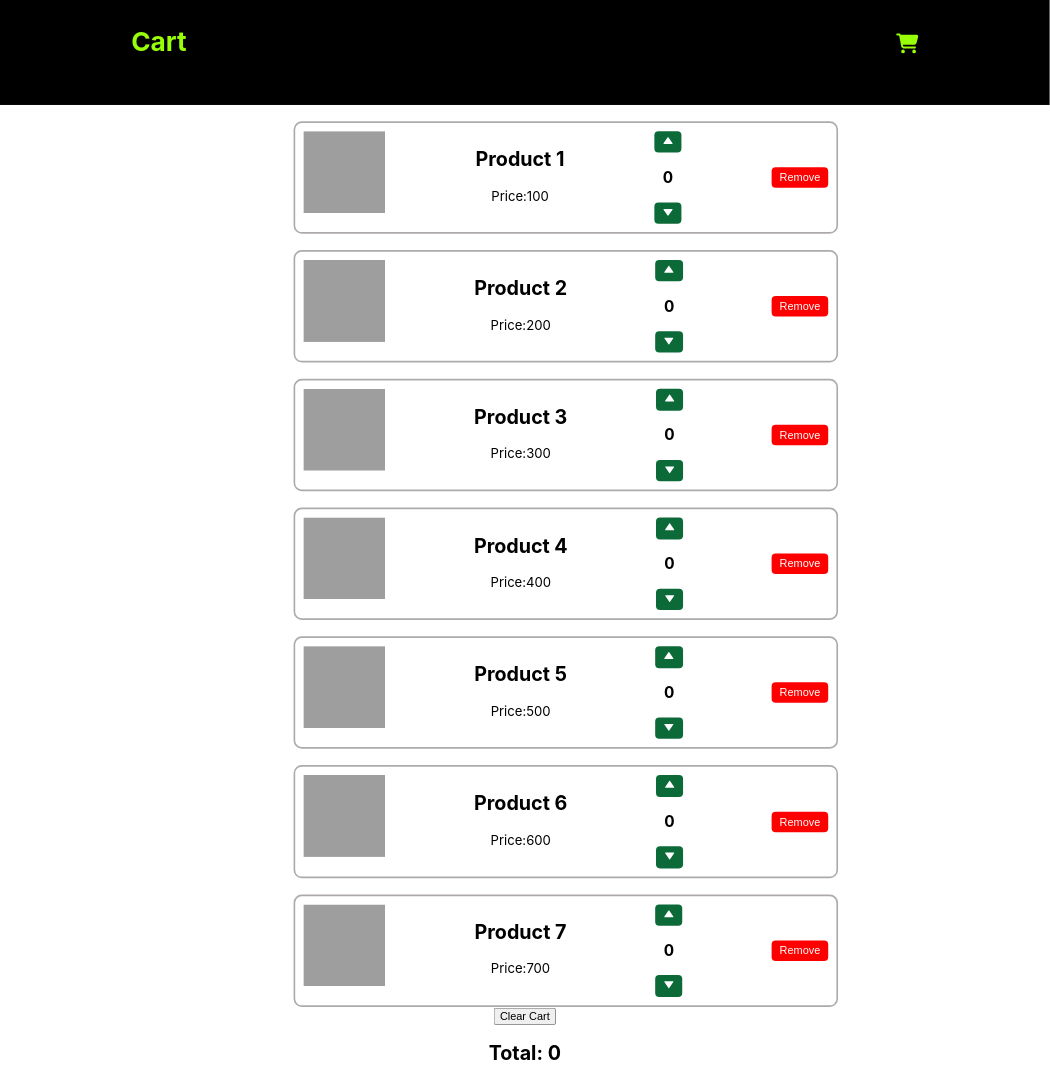
Repository: sriram1224/Cart-react-app
Page: /
An editor plug-in stored every save of this project. The page is shown before and after the next save, followed by the edit.
The browser window is 1280 px wide. The pictures show the whole page, at 82% of full size.
Pictures or frames that could not be fetched are drawn as grey boxes. The project was rebuilt for these pictures with package versions that can differ from the ones it lists, and the page was loaded fresh each time.

Above is the page before, as saved 2024-03-12 22:21:12.

### public/index.html
<!DOCTYPE html>
<html lang="en">

<head>
  <meta charset="utf-8" />
  <link rel="icon" href="%PUBLIC_URL%/favicon.ico" />
  <meta name="viewport" content="width=device-width, initial-scale=1" />
  <meta name="theme-color" content="#000000" />
  <meta name="description" content="Web site created using create-react-app">
  <link rel="stylesheet"
    href="https://fonts.googleapis.com/css2?family=Material+Symbols+Outlined:opsz,wght,FILL,GRAD@20..48,100..700,0..1,-50..200" />



  <title>React App</title>
</head>

<body>
  <noscript>You need to enable JavaScript to run this app.</noscript>
  <div id="root"></div>

</body>

</html>

### src/App.js
import Nav from "./Components/Nav.js"
import './App.css';
import Cart from './Components/cart.js';
function App() {
  return (
    <div className="App">

      <Cart />
    </div>
  );
}

export default App;

### src/Components/Nav.js
import { FontAwesomeIcon } from '@fortawesome/react-fontawesome';
import { faShoppingCart } from '@fortawesome/free-solid-svg-icons';
import './Navbar.css';

function Navbar({ cartItems }) {
      console.log(cartItems);
    return (

      <div className="nav-container">
      <div className="cart">
          <div className="heading">
              <h1>
              Cart
              </h1>
          </div>
      <h1>
        <div className="cart-icon-container">
          <FontAwesomeIcon icon={faShoppingCart} className="cart-icon" />
          {cartItems > 0 && (
            <span className="cart-count">{cartItems}</span>
          )}
        </div>

      </h1>
    </div>
      </div>
  );
}

export default Navbar;

### src/Components/cart.js
import React, { useState, useEffect } from "react";
import { BiSolidUpArrow, BiSolidDownArrow } from "react-icons/bi";
import Nav from './Nav'
import './cart.css'

function Cart() {
    const [products, setProducts] = useState([
        { id: "1", name: "Product 1", price: 100, quantity: 0, image: "https://images.unsplash.com/photo-1564466809058-bf4114d55352?w=500&auto=format&fit=crop&q=60&ixlib=rb-4.0.3&ixid=M3wxMjA3fDB8MHxzZWFyY2h8MjN8fHByb2R1Y3R8ZW58MHx8MHx8fDA%3D" },
        { id: "2", name: "Product 2", price: 200, quantity: 0, image: "https://images.unsplash.com/photo-1560343090-f0409e92791a?w=500&auto=format&fit=crop&q=60&ixlib=rb-4.0.3&ixid=M3wxMjA3fDB8MHxzZWFyY2h8N3x8cHJvZHVjdHxlbnwwfHwwfHx8MA%3D%3D" },
        { id: "3", name: "Product 3", price: 300, quantity: 0, image: "https://images.unsplash.com/photo-1560343090-f0409e92791a?w=500&auto=format&fit=crop&q=60&ixlib=rb-4.0.3&ixid=M3wxMjA3fDB8MHxzZWFyY2h8N3x8cHJvZHVjdHxlbnwwfHwwfHx8MA%3D%3D" },
        { id: "4", name: "Product 4", price: 400, quantity: 0, image: "https://images.unsplash.com/photo-1542291026-7eec264c27ff?w=500&auto=format&fit=crop&q=60&ixlib=rb-4.0.3&ixid=M3wxMjA3fDB8MHxzZWFyY2h8MTF8fHByb2R1Y3R8ZW58MHx8MHx8fDA%3D" },
        { id: "5", name: "Product 5", price: 500, quantity: 0, image: "https://images.unsplash.com/photo-1553456558-aff63285bdd1?w=500&auto=format&fit=crop&q=60&ixlib=rb-4.0.3&ixid=M3wxMjA3fDB8MHxzZWFyY2h8MTJ8fHByb2R1Y3R8ZW58MHx8MHx8fDA%3D" },
        { id: "6", name: "Product 6", price: 600, quantity: 0, image: "https://images.unsplash.com/photo-1553456558-aff63285bdd1?w=500&auto=format&fit=crop&q=60&ixlib=rb-4.0.3&ixid=M3wxMjA3fDB8MHxzZWFyY2h8MTJ8fHByb2R1Y3R8ZW58MHx8MHx8fDA%3D" },
        { id: "7", name: "Product 7", price: 700, quantity: 0, image: "https://images.unsplash.com/photo-1583394838336-acd977736f90?w=500&auto=format&fit=crop&q=60&ixlib=rb-4.0.3&ixid=M3wxMjA3fDB8MHxzZWFyY2h8MTl8fHByb2R1Y3R8ZW58MHx8MHx8fDA%3D" }
    ]);

    const [total, setTotal] = useState(0);
    const [cartItems, setCartItems] = useState(0);

    useEffect(() => {
        let newCartItems = 0;
        products.forEach(product => {
            newCartItems += product.quantity;
        });
        setCartItems(newCartItems);
    }, [products]);

    const increaseQuantity = (index) => {
        const updatedProducts = [...products];
        updatedProducts[index].quantity++;
        setProducts(updatedProducts);
        updateTotal();
    };

    const decreaseQuantity = (index) => {
        const updatedProducts = [...products];
        if (updatedProducts[index].quantity > 0) {
            updatedProducts[index].quantity--;
            setProducts(updatedProducts);
            updateTotal();
        }
    };

    const updateTotal = () => {
        let newTotal = 0;
        products.forEach((product) => {
            newTotal += product.quantity * product.price;
        });
        setTotal(newTotal);
    };

    const clearCart = () => {
        setProducts([]);
        setTotal(0);
        setCartItems(0);
    };

    const removeFromCart = (index) => {
        const updatedProducts = [...products];
        updatedProducts.splice(index, 1);
        setProducts(updatedProducts);
        updateTotal();
    };

    return (
        <div>
            <Nav cartItems={cartItems} />
            <div className="">
                {products.map((product, index) => {
                    return (
                        <div className="product-container" key={index}>
                            <img src={product.image} alt={product.name} />
                            <div className="text">
                            <h2>{product.name}</h2>
                            <p>Price:{product.price}</p></div>
                            <div className="button-quantity">
                                <button onClick={() => increaseQuantity(index)}>
                                    <BiSolidUpArrow />
                                </button>
                                <h3>{product.quantity}</h3>
                                <button onClick={() => decreaseQuantity(index)}>
                                    <BiSolidDownArrow />
                                </button>
                            </div>
                            <div className="rm-button">
                            <button onClick={() => removeFromCart(index)}>Remove</button>
                        </div></div>
                    );
                })}
                <button onClick={clearCart}>Clear Cart</button>
                <h2>Total: {total}</h2>
            </div>
        </div>
    );
}

export default Cart;

### src/Components/Navbar.css
.cart-icon-container {
    position: relative;
    display: inline-block;
}

.cart-icon {
    font-size: 1.5rem;
    color: rgb(152, 255, 7);

}

.cart-count {
    position: absolute;
    top: -10px;

    right: -10px;
    /* Adjust the horizontal positioning */
    background-color: red;
    color: white;
    border-radius: 50%;
    padding: 2px 6px;
    font-size: 0.8rem;
    /* Adjust the font size as needed */
}

.cart{
    display: flex;
    justify-content: space-between;
    margin: 0 10rem;
    align-items: center;
    padding-top: 10px;

}

.heading{
text-align: center;
color: rgb(152, 255, 7);
}

.nav-container{
    width: 100%;
    height: 8rem;
    background-color:rgb(0, 0, 0)
}

### src/Components/cart.css
.product-container{
    display: flex;
    gap: 20px;
    justify-content: space-between;
    width: 50%;
    position: relative;
    left: 28%;
    text-align: center;
    margin-top: 20px;
    border: 2px solid rgb(174, 170, 170);
    padding: 10px;
    border-radius: 10px;
}

.product-container img{
    width: 100px;
    height: 100px;
}
.rm-button{
    display: flex;
    align-items: center;
}
.rm-button button{

    background-color: red;
    color: white;
    border: none;
    padding: 5px 10px;
    border-radius: 5px;
    cursor: pointer;
}

.button-quantity button{
    background-color: rgb(11, 106, 56);
    color: white;
    border: none;
    padding: 5px 10px;
    border-radius: 5px;
    cursor: pointer;
}

.text{


    text-align: center;
    gap: 10px;
}
.text p{
    text-align: center;
}

Loaded but not shown: src/index.js (common file); src/index.css (common file); src/reportWebVitals.js (common file); src/App.css (common file)

After the next save:
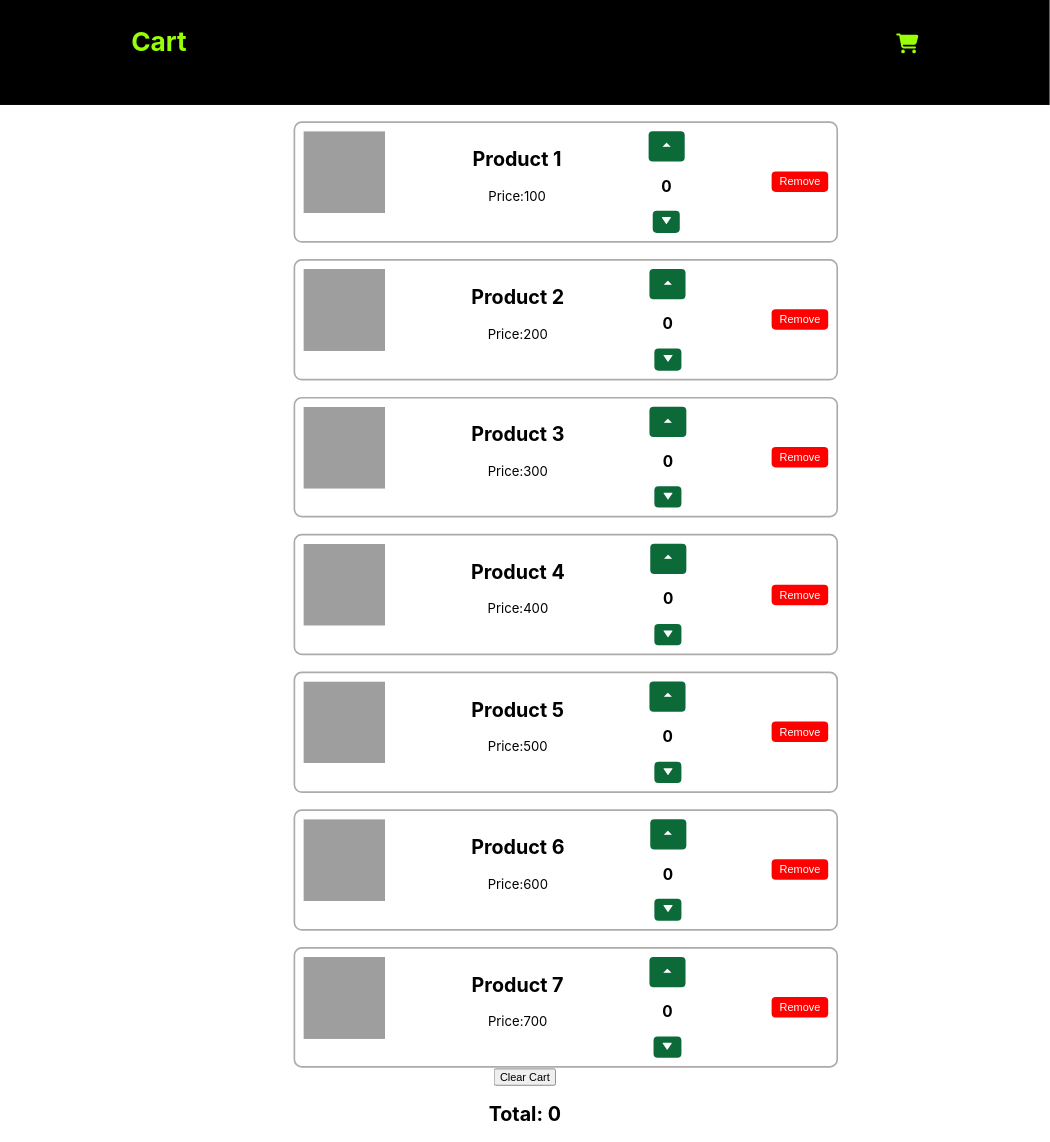
Saved 9 s later.
--- a/src/Components/cart.js
+++ b/src/Components/cart.js
@@ -75,7 +75,9 @@ function Cart() {
                             <p>Price:{product.price}</p></div>
                             <div className="button-quantity">
                                 <button onClick={() => increaseQuantity(index)}>
-                                    <BiSolidUpArrow />
+                                    <span class="material-symbols-outlined">
+arrow_drop_up
+</span>
                                 </button>
                                 <h3>{product.quantity}</h3>
                                 <button onClick={() => decreaseQuantity(index)}>
